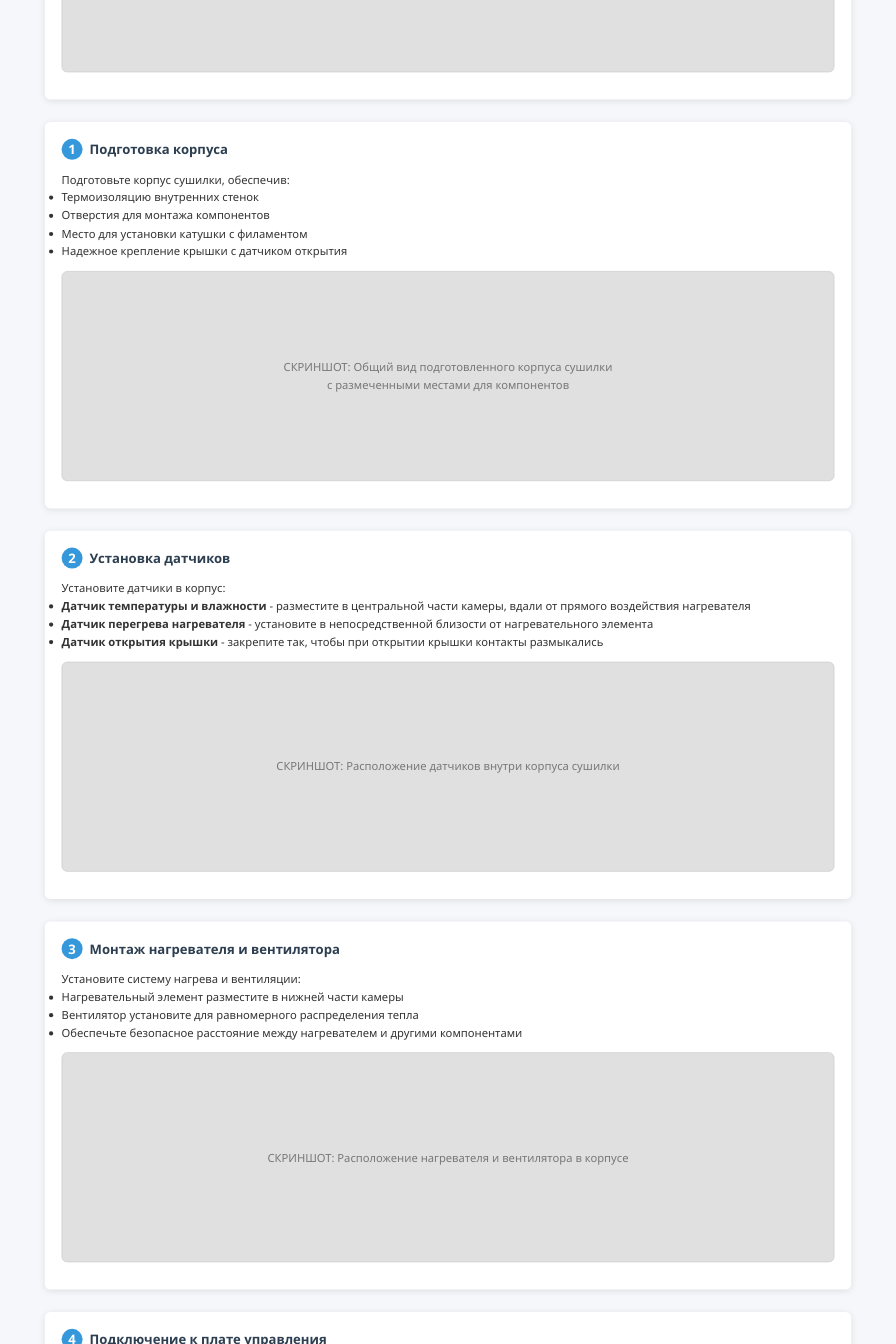
Repository: NikElectronics/MyDryerBot
Page: controller.html
An editor plug-in stored every save of this project. The page is shown before and after the next save, followed by the edit.
The browser window is 1280 px wide. The pictures show the part of the page from y = 855 to 2775 px (the page is 6316 px tall before and 6291 px after), at 70% of full size.

Above is the page before, as saved 2025-11-24 06:03:02.

After the next save:
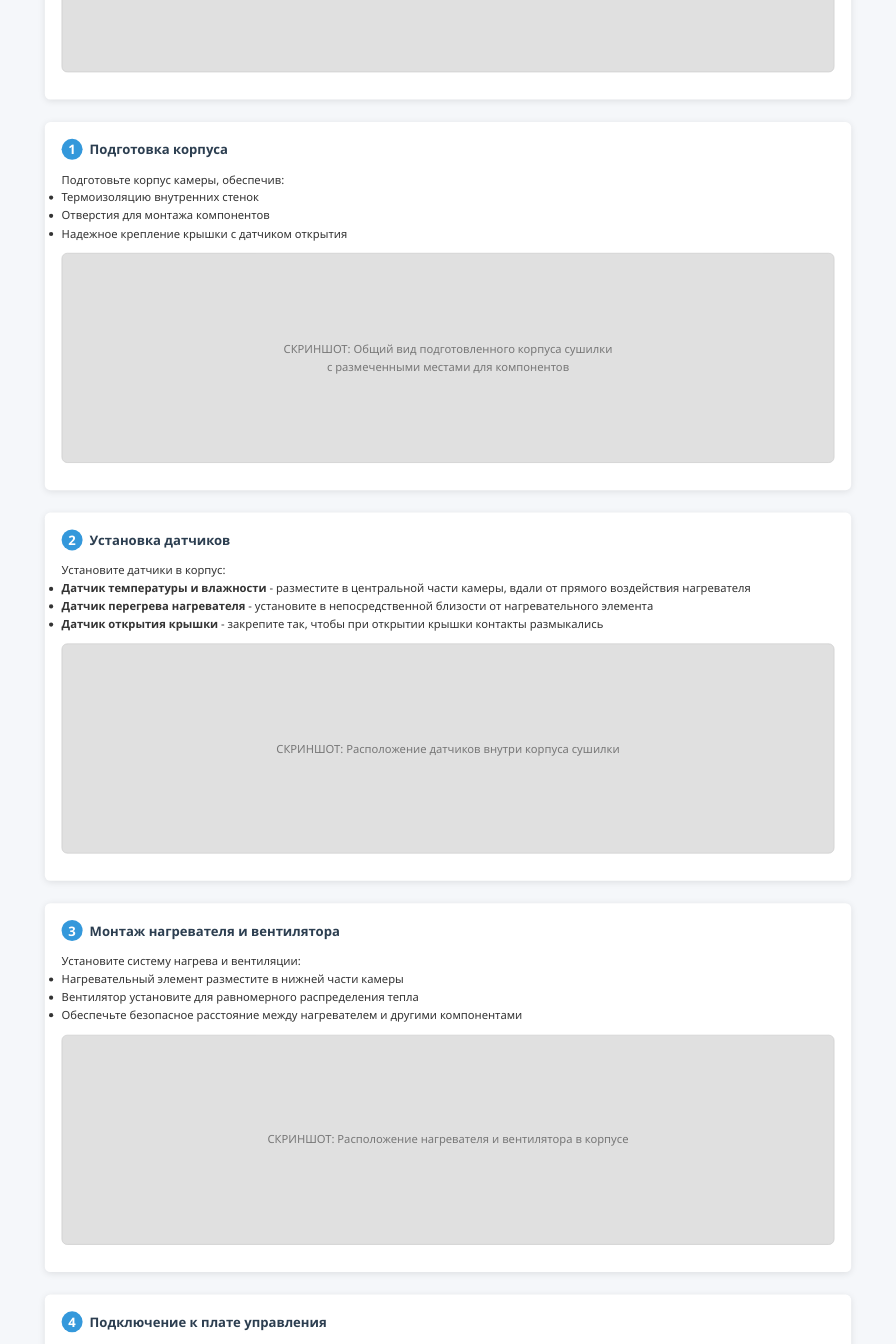
Saved 27 min 36 s later.
--- a/controller.html
+++ b/controller.html
@@ -339,11 +339,10 @@
 
         <section id="step1" class="step">
             <h3><span class="step-number">1</span> Подготовка корпуса</h3>
-            <p>Подготовьте корпус сушилки, обеспечив:</p>
+            <p>Подготовьте корпус камеры, обеспечив:</p>
             <ul>
                 <li>Термоизоляцию внутренних стенок</li>
                 <li>Отверстия для монтажа компонентов</li>
-                <li>Место для установки катушки с филаментом</li>
                 <li>Надежное крепление крышки с датчиком открытия</li>
             </ul>
             <div class="screenshot">
